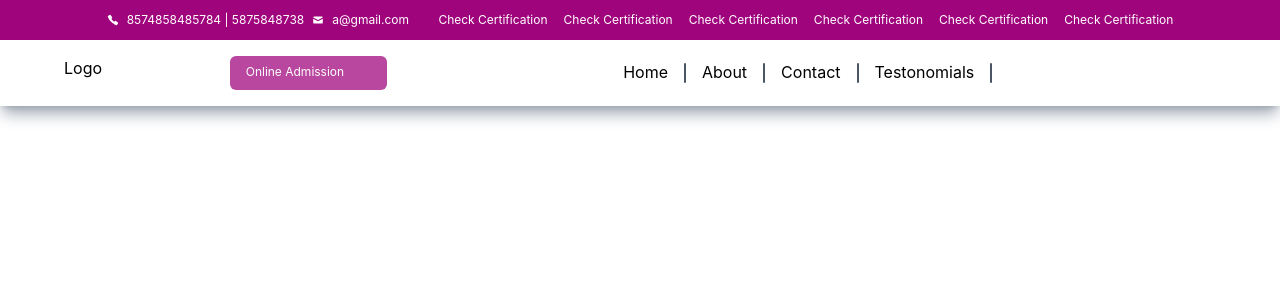
Repository: Sushant203/react-training-
Page: /
The author's editor kept a copy of each file at every save. The page is drawn from the files as they stood at one save, then again after the next save.
The browser window is 1280 px wide. The pictures show the whole page.
The project was rebuilt for these pictures with package versions that can differ from the ones it lists, and the page was loaded fresh each time. Also part of the build but not shown: src/App.css, src/components/LowerNav.jsx, src/components/UpperNav.jsx.

Above is the page before, as saved 2022-12-19 09:56:37.

After the next save:
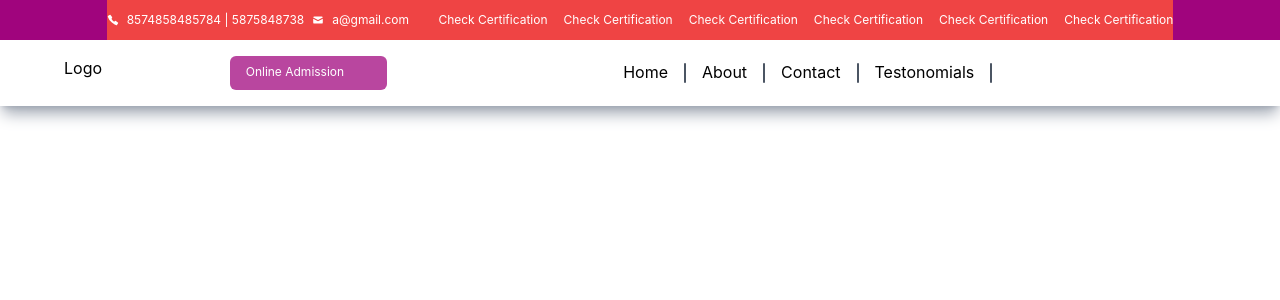
Saved 23 s later.
--- a/src/components/Naviagtion/Toolbar/header.jsx
+++ b/src/components/Naviagtion/Toolbar/header.jsx
@@ -11,7 +11,7 @@ function Header() {
     { title: "check certificate" },
   ];
   return (
-    <div className="py-3 h-fit  w-10/12 mx-auto flex flex-col md:flex-row items-center justify-between text-xs">
+    <div className="py-3 h-fit  w-10/12 mx-auto flex flex-col bg-green md:bg-red-500 md:flex-row items-center justify-between text-xs">
       {/* number and email */}
       <div className="flex gap-2  text-white">
         <div className="flex gap-2  items-center">
